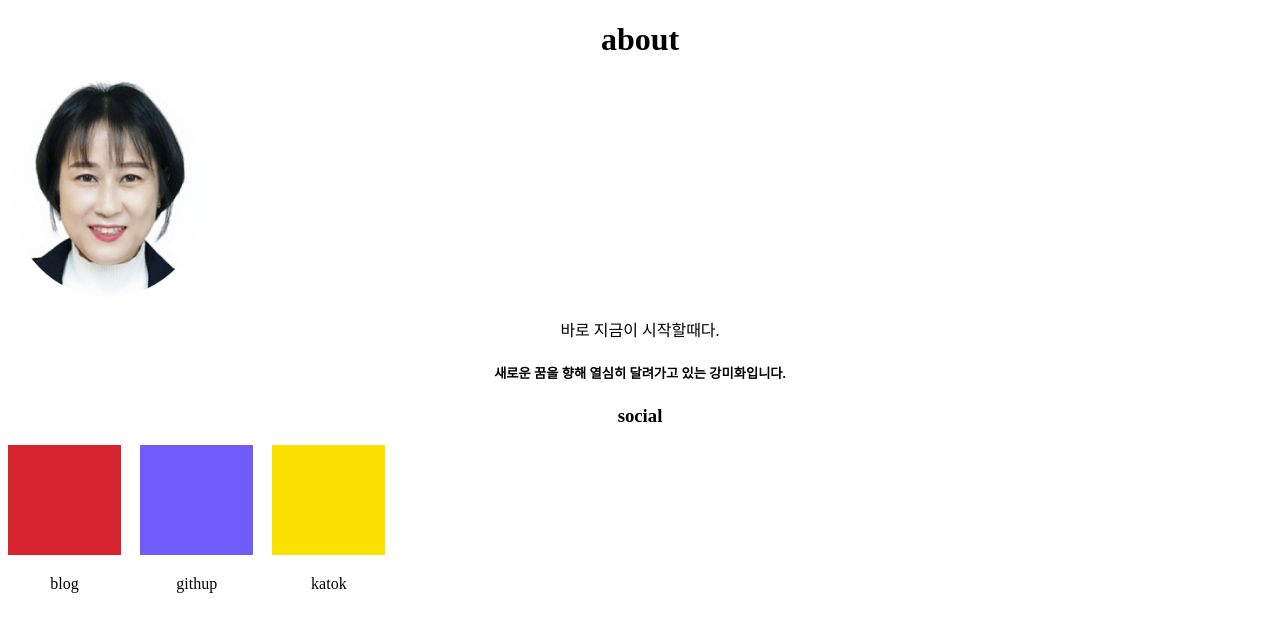
Repository: kmh9964/view
Page: workspace/studyhtml5/src/htmltags03.html
These files come from the project's save history. The page is drawn as it stood at one moment and after the next save; the edit follows.
The browser window is 1280 px wide. The pictures show the whole page.

Above is the page before, as saved 2022-12-14 07:52:01.

After the next save:
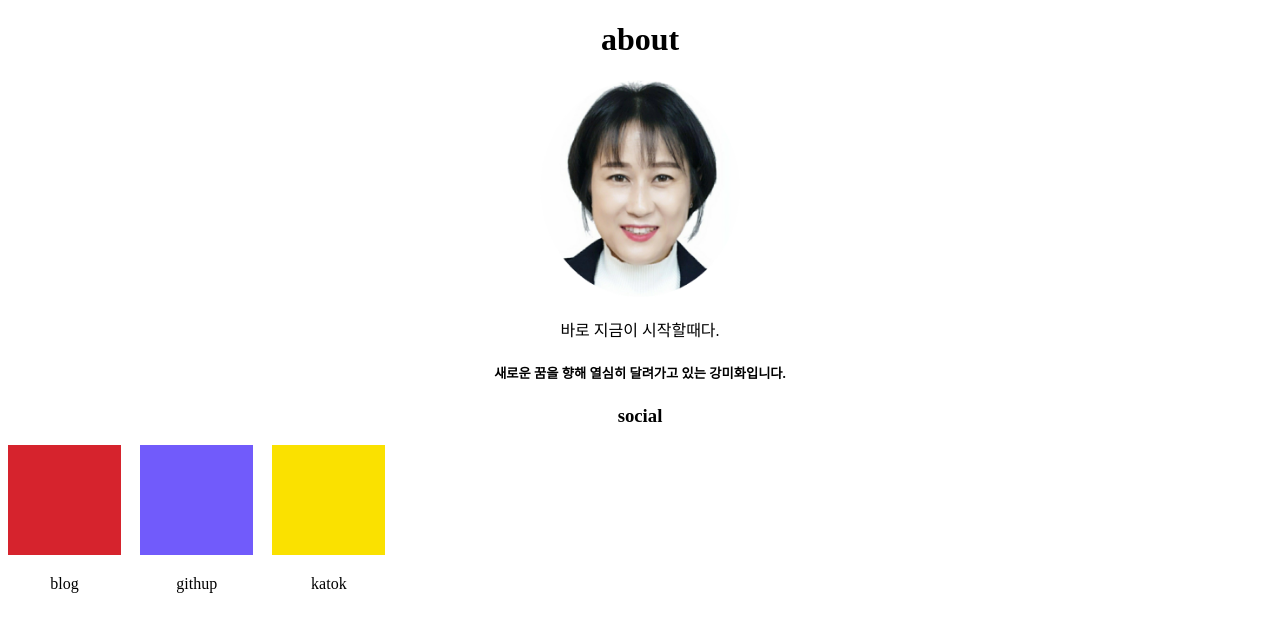
Saved 2 min 15 s later.
--- a/workspace/studyhtml5/src/htmltags03.html
+++ b/workspace/studyhtml5/src/htmltags03.html
@@ -14,6 +14,10 @@
 		}*/
 		h1,p,h5,h3{
 		text-align:center;
+
+		}
+		.profile{
+			text-align:center;
 		}
 	.icons{
 		display: flex;      /* 표시방법 : 플렉스 */
@@ -25,7 +29,9 @@
 </head>
 <body>
 	<h1>about</h1>
- 	<img src="images/photo.png" alt="지원자 강미화" width="200">
+ 	<div class="profile">
+ 		<img src="images/photo.png" alt="지원자 강미화" width="200">
+ 	</div>
  	<p>바로 지금이 시작할때다. </p>
  	<h5>새로운 꿈을 향해 열심히 달려가고 있는 강미화입니다. </h5>
  	<h3>social</h3>
